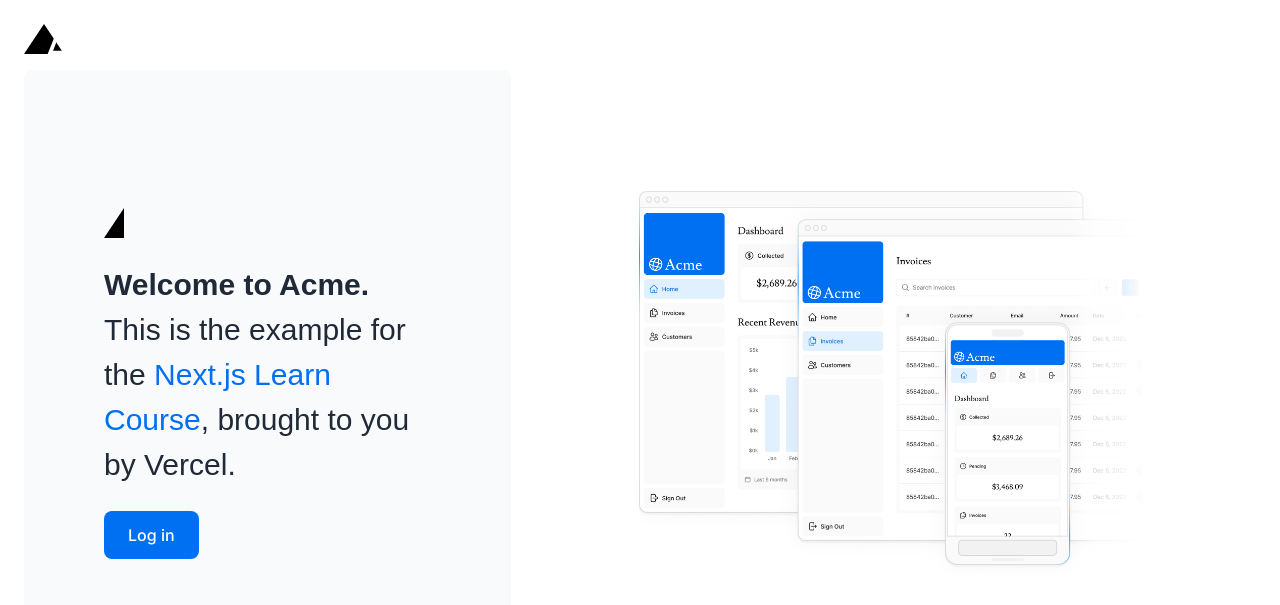
Repository: dev1siWoo/nextjs-dashboard
Page: /
The author's editor kept a copy of each file at every save. The page is drawn from the files as they stood at one save, then again after the next save.
The browser window is 1280 px wide. The pictures show the whole page.
Some web fonts or font styles are not loaded; a fallback is used. The project was rebuilt for these pictures with package versions that can differ from the ones it lists, and the page was loaded fresh each time. The framework's server and built-in components were replaced by stand-ins that run in the browser. Also part of the build but not shown: next.config.js.

Above is the page before, as saved 2023-10-27 18:42:14.

After the next save:
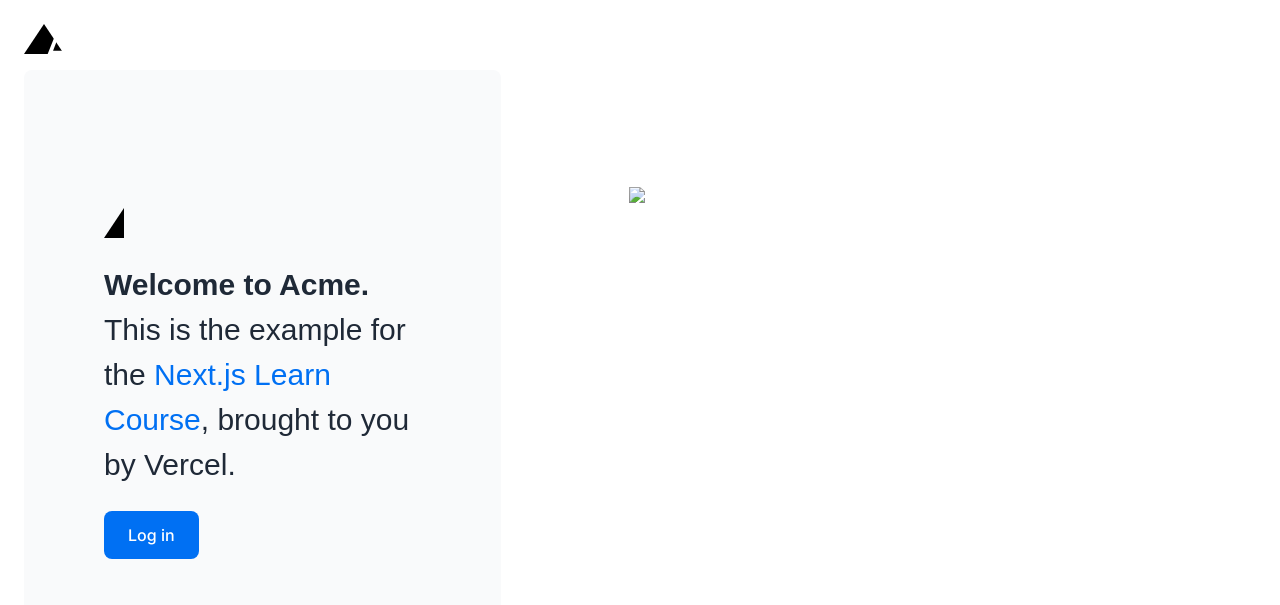
Saved 106 s later.
--- a/app/page.tsx
+++ b/app/page.tsx
@@ -33,7 +33,7 @@
 				<div className='flex items-center justify-center p-6 md:w-3/5 md:px-28 md:py-12'>
 					{/* Add Hero Images Here */}
 					<Image
-						src="/hero-desktop.png"
+						src="/"
             width={1000}
             height={760}
             className="hidden md:block"
